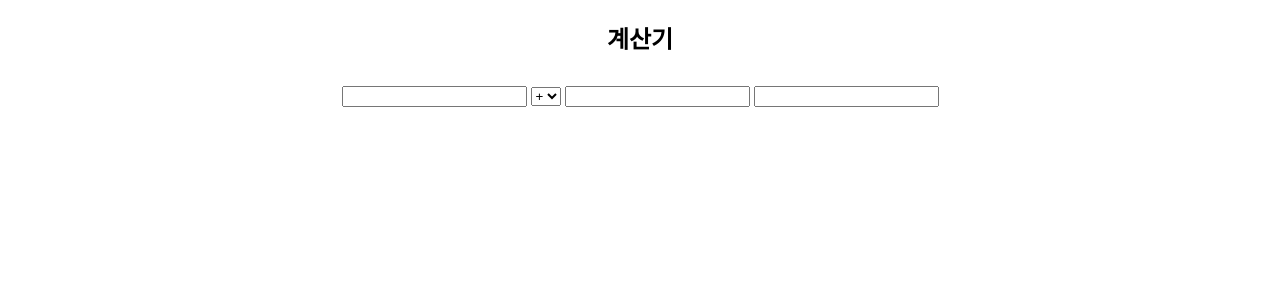
Repository: kdw1437/CreateBoardProject
Page: http://localhost/Model2-day1/ElCul.jsp
These files come from the project's save history. The page is drawn as it stood at one moment and after the next save; the edit follows.
The browser window is 1280 px wide. The pictures show the whole page.
The page is served by Tomcat 9.

Above is the page before, as saved 2024-08-10 08:06:18.

After the next save:
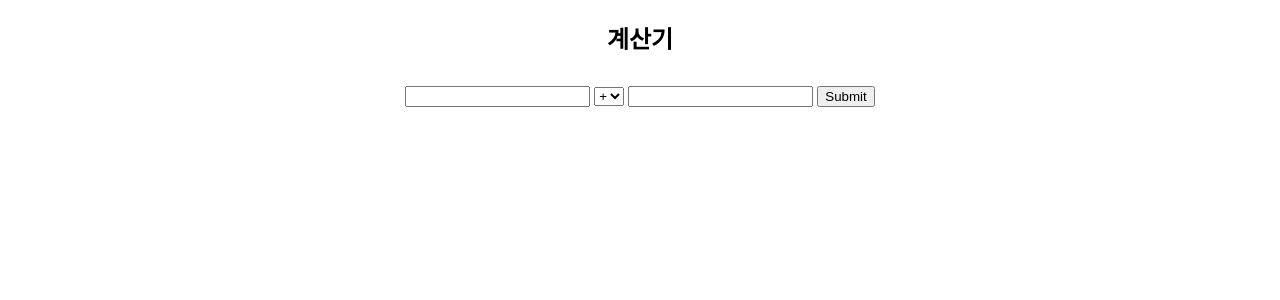
Saved 29 s later.
--- a/Model2-day1/src/main/webapp/ElCul.jsp
+++ b/Model2-day1/src/main/webapp/ElCul.jsp
@@ -20,8 +20,8 @@
 												<option value = "*"> * </option>
 												<option value = "/"> / </option>
 											</select> </td>
-			<td align="center" width="100"> <input type="text" name="exp1"> </td>
-			<td align="center" width="100"> <input type="text" name="exp1"> </td>
+			<td align="center" width="100"> <input type="text" name="exp3"> </td>
+			<td align="center" width="100"> <input type="submit" name="결과보기"> </td>
 
 	</table>
 
